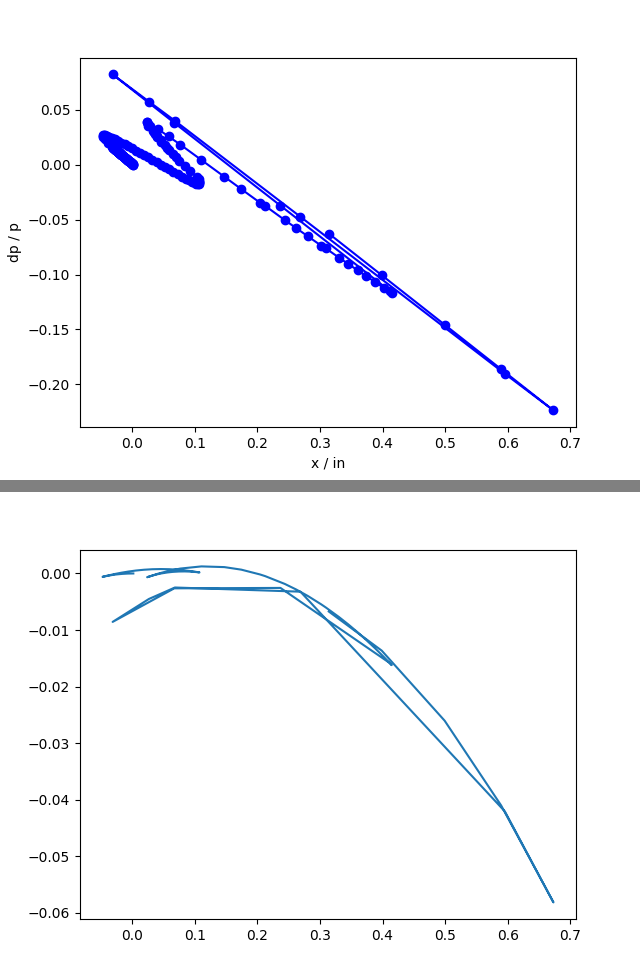
Repository: leiradom/Modified-linear-theory
Script's output: python 3_Shock_correction.py
These files come from the project's save history. The script's output is drawn as it stood at one moment and after the next save; the edit follows.
Each picture stacks the figures in order, with grey between them; figures that are only written to a file come last. Random numbers start from a fixed seed.

Above is the script's output before, as saved 2021-04-08 22:10:27.

### 3_Shock_correction.py
'''
激波修正
本程序用于修正激波的非线性扭曲效应，修正方法为HB方法
'''

import math
import numpy as np
import matplotlib.pyplot as plt

pressure = np.loadtxt("pressureDWB2.txt",dtype=np.float64)   #存放未修正的压力信号
a = len(pressure)                                              #未加点时的点数

X = np.ones(a,dtype=np.float64)     #存放x的数组 用于加点用的横坐标数组
Y = np.ones(a,dtype=np.float64)     #存放y的数组 用于加点用的纵坐标数组
b0 = 50                             #每一个 较大的距离之间增加的点数
x0 = np.zeros(b0+1,dtype=np.float64)
y0 = np.zeros(b0+1,dtype=np.float64)

#先将未修正压力信号存入X,Y中
for i in range(0,a):
    c = pressure[i][0]
    d = pressure[i][1]
    #ca = cau[i][1]
    X[i] = c
    Y[i] = d
'''
#没问题
X0 = X
Y0 = Y
'''

#------------1先找出第一个强间断的地方,已经核实，l0没有问题
for i0 in range(0,a-1):
    if(math.sqrt((X[i0+1] - X[i0])**2 + (Y[i0+1] - Y[i0])**2) >0.3):   #1.3
    #if((X[i+1] - X[i]) * (Y[i+1] - Y[i])):
        #px = i0                            #记录此时的i
        #print(px,X[i0])
        l00 = math.sqrt((X[i0+1] - X[i0])**2 + (Y[i0+1] - Y[i0])**2)
        l0 = l00 / 20                     #判断是否要插值的距离 只要大于20倍的最大距离，就要增加点数
        #h0 = ((X[i0+1] - X[i0])/(b0))
        #k0 = ((Y[i0+1] - Y[i0])/(X[i0+1] - X[i0]))  #两点间的斜率
        '''
        #x0[0] = X[i0]
        #y0[0] = Y[i0]
        for j in range(1,b0):
            x0[j] = x0[j-1] + h0
            y0[j] = y0[j-1] + k0 * (x0[j] - x0[j-1])
            print(x0[j],y0[j])
        for k in range(1,b0):
            X = np.insert(X,i0+k,x0[k])
            Y = np.insert(Y,i0+k,y0[k])
        #print(Y[i0]+k0*h0)
        '''
        break
#------------print(l00) #检验是不是，验证了，就是

#print(l0)



#2---------------------给距离较大的地方都进行加点
for i in range(0,a-1):
    li = math.sqrt((X[i+1] - X[i])**2 + (Y[i+1] - Y[i])**2)
    k0 = ((Y[i+1] - Y[i])/(X[i+1] - X[i]))  #两点间的斜率
    #先找到距离较大的点
    #if((li >= l0)):
    if(abs(X[i+1]-X[i])>0.01):     #不再利用线段长度作为判据，改用x方向的位移量
        px = i                       #记录每一个距离较大的地方的i
        h0 = ((X[i+1] - X[i])/(b0))   #每一个都离散成b个点
        #print("px=",px)
        #print("h0=",h0)
        #print("k0=",k0) #第一个k值是对的，第二个k值不是对的
        x0[0] = X[i]
        y0[0] = Y[i]
        for j in range(1,b0):
            x0[j] = x0[j-1] + h0
            y0[j] = y0[j-1] + k0 * (x0[j] - x0[j-1])
        #将增加的点添加到数组内
        for k in range(1,b0):
            X = np.insert(X,i+k,x0[k])
            Y = np.insert(Y,i+k,y0[k])
        a = a + 49
        p0 = i

#print(i)

#-------积分部分----------
F = np.ones(a, dtype=np.float64)
F[0] = 0
F[a-1] = 0
s = 0
for i in range(0,a-1):
    #if(X[i+1]>X[i]):
    s0 = 0.5 * (X[i+1] - X[i]) * (Y[i+1] + Y[i])
    #s0 = (((Y0[j+1] + Y0[j]) * (X[j + 1] - X[j])) / (2))    #第(j+1)个梯形的面积
    s = s0 + s    #S为最后的积分
    F[i+1] = s    #是i+1不是i
    #print(X[i],Y[i])
    #if(X[i+1]<X[i])
#------积分部分-----------



print("加点前点数：",len(pressure),"加点后点数：",len(X))
#plt.scatter(X0,Y0,c='r')
plt.xlabel("x / in")
plt.ylabel("dp / p")
plt.plot(X,Y,'-o',c='b')
plt.show()
#1.1将补充的点插入原有数组




#积分图像作图
plt.plot(X,F)
plt.show()

### pressureDWB2.txt
0.001769696999999959 0.0
-0.019806758989101336 0.010271374824801147
-0.03159718432246461 0.016237287034026875
-0.03885273844397086 0.020208037041542996
-0.04370623779916305 0.02312197889458379
-0.04647556964565325 0.02511897028946799
-0.047428582459120294 0.026316853857109326
-0.04709897888553638 0.026950437444621868
-0.04568993980266278 0.027109112522784275
-0.04347375711277257 0.026912676652732705
-0.040589678545152386 0.026422392833570087
-0.0368774087073338 0.025567738375037764
-0.03281576817627718 0.024559374766020495
-0.02813209655750204 0.023277342323529012
-0.023175200620900505 0.021875102094300457
-0.017700611564438584 0.020245097569995638
-0.01212851813182203 0.018572195014695658
-0.006253365090420515 0.016765958336315917
-0.00012776093190292048 0.014849533169906098
0.006085516460130891 0.012894535282587216
0.012620193770986998 0.01079813426831951
0.019007747540717768 0.008766461735748859
0.02568084521539049 0.006609161290178289
0.032249019381442756 0.004498022997553377
0.038894116207639606 0.002353041806904253
0.04572054200795417 0.0001282831102725322
0.05227802043059737 -0.001978149482461024
0.05892398040984359 -0.004123510425975864
0.06554496626382833 -0.006257883751890409
0.07261982361325436 -0.00859194240729564
0.07981368330337557 -0.010978357339423695
0.08540514153491141 -0.012659780072740769
0.0899742719945783 -0.013891418980219483
0.09589094436218315 -0.015715922503766674
0.09995008167075814 -0.016723184794875598
0.10265770219214221 -0.017135833681809168
0.10498667988570232 -0.01738189484822541
0.10697010455260958 -0.017475926484969175
0.10721220631356232 -0.016803845594890114
0.1069835084508377 -0.01592463167503861
0.10744278447407207 -0.015348098786004332
0.10749609682896455 -0.014592958097872031
0.10599634056488083 -0.013154529249947925
0.10411405837438092 -0.011547804273224306
0.09262435015644899 -0.005714195583566481
0.08396853876574506 -0.0011273883065809236
0.07455545841184885 0.003792587067425563
0.06947549492057636 0.0068061640949270375
0.0645431791759079 0.009754782011258735
0.058394151725798094 0.01323870492013111
0.055986876274889186 0.01507640596219071
0.05196484732652207 0.017624534046761033
0.046730661082703184 0.02070596292542859
0.04537780826025872 0.022079760126638436
0.04038880280295598 0.025053319252232652
0.03991160414188577 0.026041863597754768
0.036477029578768305 0.028331535216877136
0.034111895220240274 0.03015069586148563
0.03366262696400979 0.03112695194447261
0.025194355029006466 0.03563124935163773
0.028083089358730495 0.035138917623069595
0.025653710080686176 0.03698634346619927
0.023840980411848567 0.03856246811145332
0.023995698525966724 0.039272994315868046
0.04134629557927871 0.03241802062362672
0.058050441223585936 0.02584745973083066
0.07681836602195002 0.018368918441571663
0.1106411163801615 0.004266855224765263
0.1472629392053343 -0.01106668851710824
0.1743266890161025 -0.0221950614605649
0.2043748778937614 -0.034636468389197775
0.2126467367625432 -0.03749715990256893
0.2439312729051487 -0.05048251024568277
0.26240338678942743 -0.05783090654800298
0.28048601354590164 -0.06500794407095666
0.30202749801154816 -0.07370674083249446
0.30922960924931864 -0.07609678611600534
0.3301298374988896 -0.08451345575548073
0.3456276784685849 -0.09055329077358407
0.36018389845771803 -0.09617885017039918
0.37434961321059446 -0.1016326028607942
0.3881517705962475 -0.10692640483079362
0.4016006150568264 -0.1120647632257605
0.414669260955821 -0.11703584943949463
0.4114006943329339 -0.11481921468339612
0.2369244398699294 -0.037278035643092435
0.0672470574287628 0.03815183138381185
-0.03130970818794976 0.08229146770263995
0.026677579223172376 0.05755797336079512
0.06822617008888565 0.04005684846570695
0.26882193776166796 -0.047418681133363
0.5955540744206104 -0.19038917495634983
0.6732214230976951 -0.22378111019559294
0.5896226175109515 -0.18622237884016193
0.4993460359203469 -0.14572569276629246
0.3987958281761549 -0.10070902153329891
0.3140864514745719 -0.06266168324569209

After the next save:
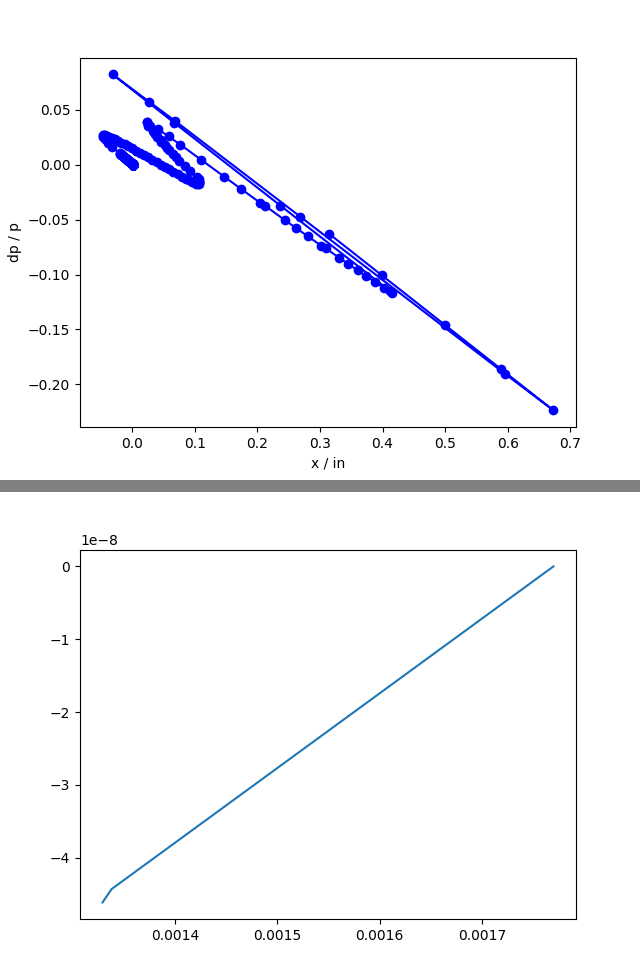
Saved 102 s later.
--- a/3_Shock_correction.py
+++ b/3_Shock_correction.py
@@ -60,27 +60,27 @@ for i0 in range(0,a-1):
 
 #2---------------------给距离较大的地方都进行加点
 for i in range(0,a-1):
-    li = math.sqrt((X[i+1] - X[i])**2 + (Y[i+1] - Y[i])**2)
+    #li = math.sqrt((X[i+1] - X[i])**2 + (Y[i+1] - Y[i])**2)
     k0 = ((Y[i+1] - Y[i])/(X[i+1] - X[i]))  #两点间的斜率
     #先找到距离较大的点
     #if((li >= l0)):
-    if(abs(X[i+1]-X[i])>0.01):     #不再利用线段长度作为判据，改用x方向的位移量
-        px = i                       #记录每一个距离较大的地方的i
-        h0 = ((X[i+1] - X[i])/(b0))   #每一个都离散成b个点
+    #if(abs(X[i+1]-X[i])>0.01):     #不再利用线段长度作为判据，改用x方向的位移量
+        #px = i                       #记录每一个距离较大的地方的i
+    h0 = ((X[i+1] - X[i])/(b0))   #每一个都离散成b个点
         #print("px=",px)
         #print("h0=",h0)
         #print("k0=",k0) #第一个k值是对的，第二个k值不是对的
-        x0[0] = X[i]
-        y0[0] = Y[i]
-        for j in range(1,b0):
-            x0[j] = x0[j-1] + h0
-            y0[j] = y0[j-1] + k0 * (x0[j] - x0[j-1])
+    x0[0] = X[i]
+    y0[0] = Y[i]
+    for j in range(1,b0):
+        x0[j] = x0[j-1] + h0
+        y0[j] = y0[j-1] + k0 * (x0[j] - x0[j-1])
         #将增加的点添加到数组内
-        for k in range(1,b0):
-            X = np.insert(X,i+k,x0[k])
-            Y = np.insert(Y,i+k,y0[k])
-        a = a + 49
-        p0 = i
+    for k in range(1,b0):
+        X = np.insert(X,i+k,x0[k])
+        Y = np.insert(Y,i+k,y0[k])
+    a = a + 49
+    p0 = i
 
 #print(i)
 
